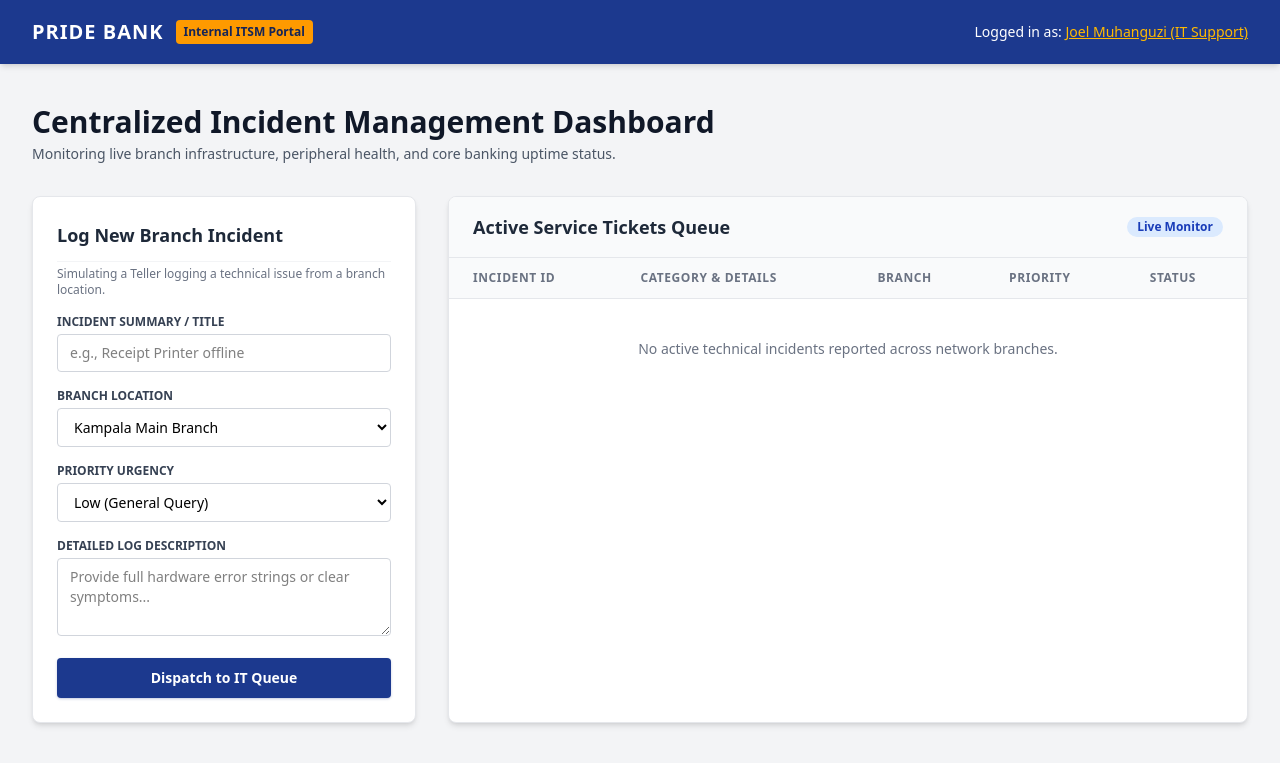
Repository: JOELAGABA/Ticket-reporting-system-for-bank-IT-support-environment-
Page: http://localhost/dashboard
The author's editor kept a copy of each file at every save. The page is drawn from the files as they stood at one save, then again after a run of saves.
The browser window is 1280 px wide. The pictures show the whole page.
The page is served by the project's Laravel application, run on PHP 8.4 with Laravel 12. Queries for data that is not in the repository find no rows.

Above is the page before, as saved 2026-07-13 10:14:33.

After the next 2 saves:
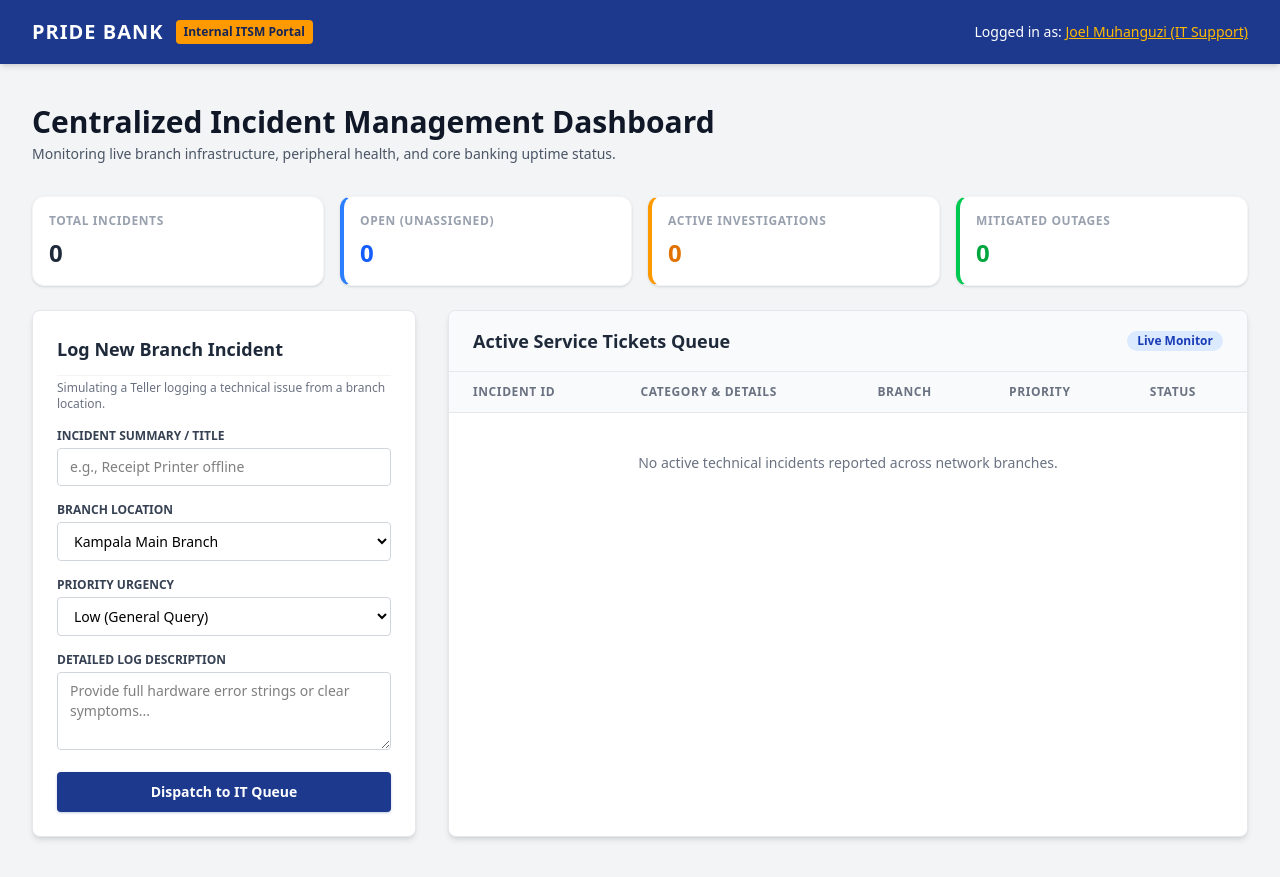
The 2 saves are shown as one change because they came seconds apart.
The last was saved 6 min 5 s later.
--- a/resources/views/dashboard.blade.php
+++ b/resources/views/dashboard.blade.php
@@ -38,6 +38,33 @@
                 {{ session('success') }}
             </div>
         @endif
+
+        <!-- Real-Time Infrastructure Health Metrics Grid -->
+<div class="grid grid-cols-1 md:grid-cols-4 gap-4 mb-6">
+    <!-- Total Tickets -->
+    <div class="bg-white p-4 rounded-xl border border-gray-100 shadow-sm flex flex-col justify-between">
+        <span class="text-xs font-semibold text-gray-400 uppercase tracking-wider">Total Incidents</span>
+        <span class="text-2xl font-bold text-gray-800 mt-2">{{ $metrics['total'] }}</span>
+    </div>
+
+    <!-- Open Tickets -->
+    <div class="bg-white p-4 rounded-xl border border-l-4 border-l-blue-500 border-gray-100 shadow-sm flex flex-col justify-between">
+        <span class="text-xs font-semibold text-gray-400 uppercase tracking-wider">Open (Unassigned)</span>
+        <span class="text-2xl font-bold text-blue-600 mt-2">{{ $metrics['open'] }}</span>
+    </div>
+
+    <!-- In Progress Tickets -->
+    <div class="bg-white p-4 rounded-xl border border-l-4 border-l-amber-500 border-gray-100 shadow-sm flex flex-col justify-between">
+        <span class="text-xs font-semibold text-gray-400 uppercase tracking-wider">Active Investigations</span>
+        <span class="text-2xl font-bold text-amber-600 mt-2">{{ $metrics['in_progress'] }}</span>
+    </div>
+
+    <!-- Resolved Tickets -->
+    <div class="bg-white p-4 rounded-xl border border-l-4 border-l-green-500 border-gray-100 shadow-sm flex flex-col justify-between">
+        <span class="text-xs font-semibold text-gray-400 uppercase tracking-wider">Mitigated Outages</span>
+        <span class="text-2xl font-bold text-green-600 mt-2">{{ $metrics['resolved'] }}</span>
+    </div>
+</div>
 
         <!-- Grid Layout for Form & Live Monitor -->
         <div class="grid grid-cols-1 lg:grid-cols-3 gap-8">
